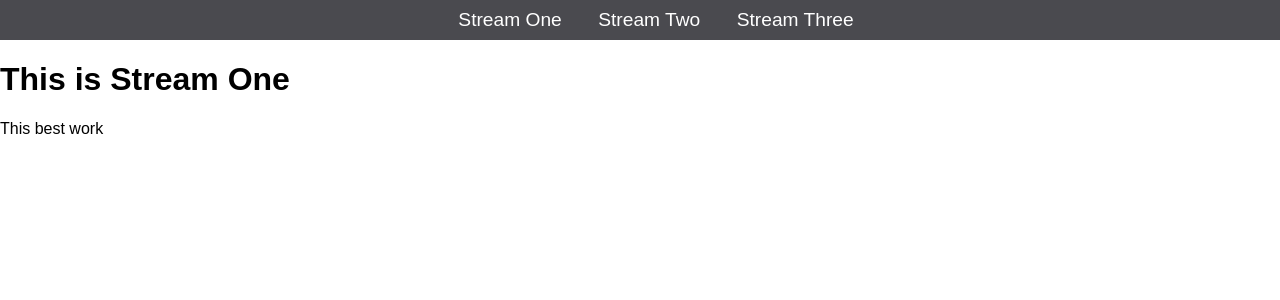
Repository: LiamB123/FirstWebsite
Page: Stream-One.html
The author's editor kept a record of every edit. The page is drawn from the files as they stood at one moment, then again after the next edit.
The browser window is 1280 px wide. The pictures show the whole page.

Above is the page before.

After the next edit:
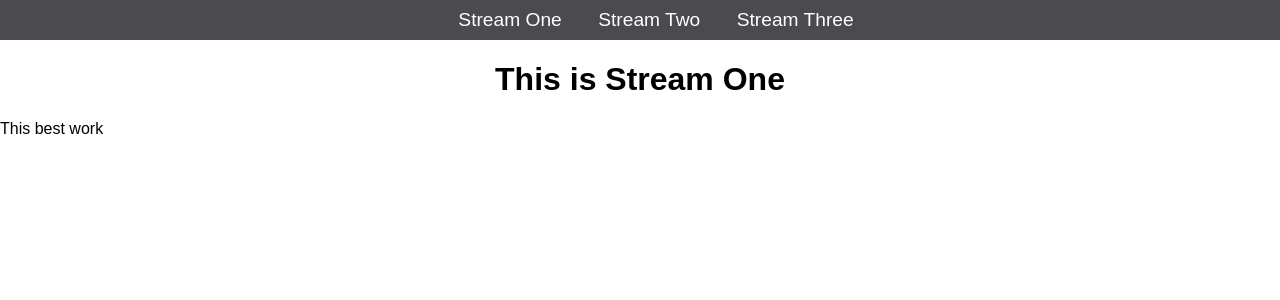
The edit:
--- a/Stream-One.html
+++ b/Stream-One.html
@@ -2,7 +2,7 @@
 <html>
 
 <head>
-    <link rel="stylesheet" href="/CSS/style.css" type="text/css"></link>
+    <link rel="stylesheet" href="css/style.css" type="text/css" />
 
     </style>
 
